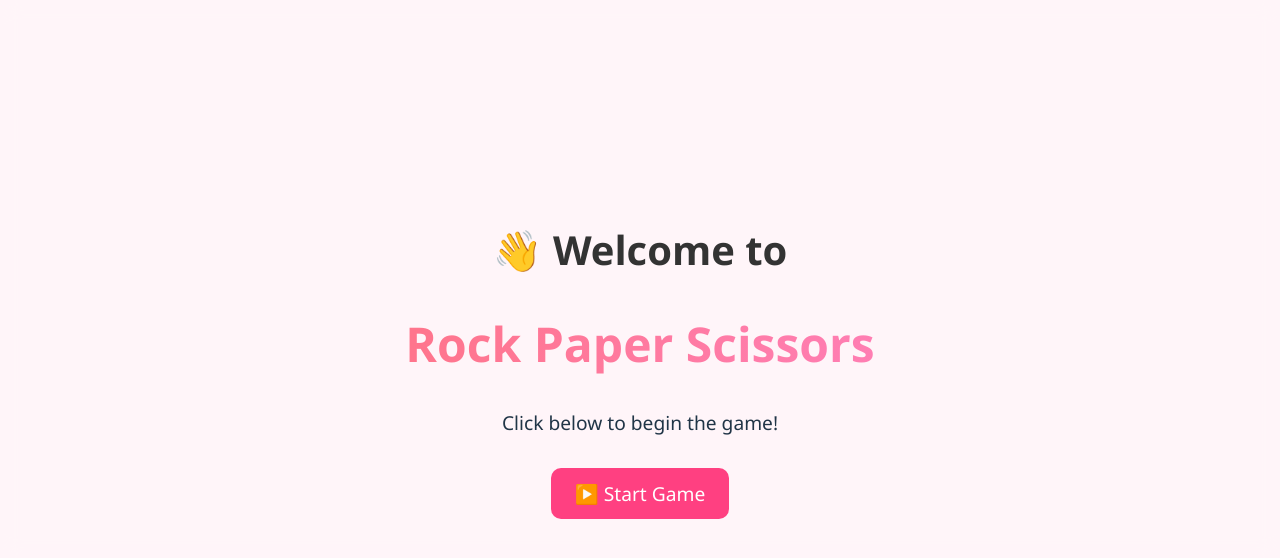
Repository: SECE-2023-2027/weekend-make-a-rock-paper-scissors-game-Harshi0916
Page: / (app in rock_paper_scissor/)
These files come from the project's save history. The page is drawn as it stood at one moment and after the next save; the edit follows.
The browser window is 1280 px wide. The pictures show the whole page.
The project was rebuilt for these pictures with package versions that can differ from the ones it lists, and the page was loaded fresh each time. Also part of the build but not shown: rock_paper_scissor/vite.config.js.

Above is the page before, as saved 2025-07-06 16:38:03.

After the next save:
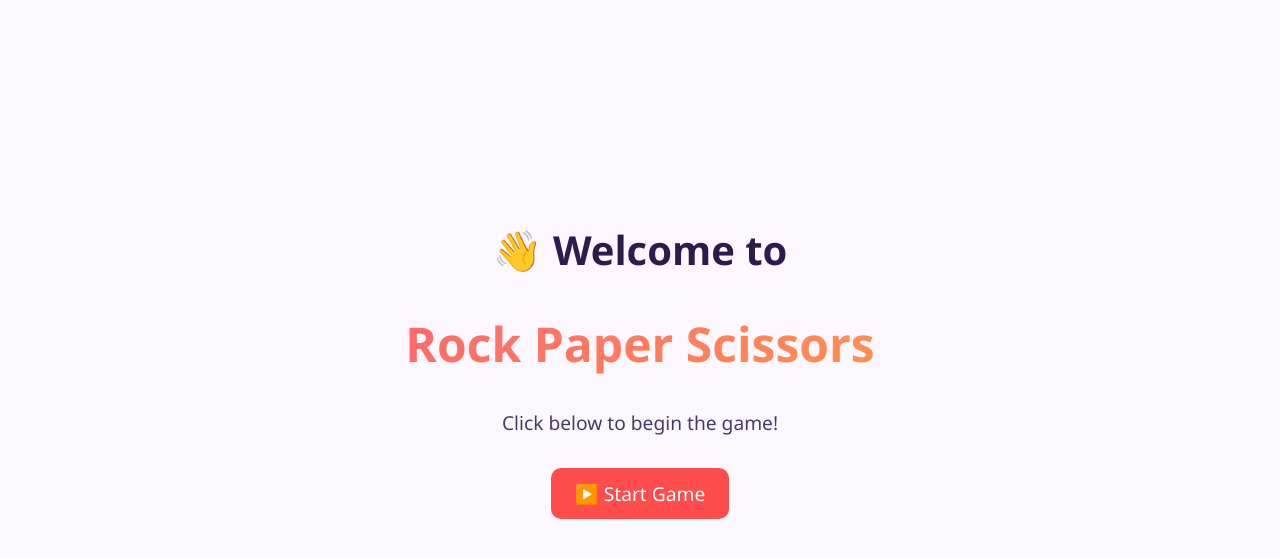
Saved 13 min 26 s later.
--- a/rock_paper_scissor/src/App.css
+++ b/rock_paper_scissor/src/App.css
@@ -1,3 +1,16 @@
+/* Define a consistent color palette using CSS variables */
+:root {
+  --primary-bg: #f8e7ff; /* Soft lavender background */
+  --accent-gradient: linear-gradient(90deg, #ff6b6b, #ff8e53); /* Vibrant coral to orange gradient */
+  --button-bg: #ff4d4d; /* Bright coral for buttons */
+  --button-hover: #e63939; /* Darker coral for hover */
+  --text-primary: #2d1b4e; /* Deep indigo for main text */
+  --text-secondary: #4a3a6b; /* Muted purple for secondary text */
+  --card-bg: rgba(255, 255, 255, 0.7); /* Semi-transparent white for cards */
+  --shadow-color: rgba(80, 50, 120, 0.3); /* Subtle purple shadow */
+  --highlight: #ffd700; /* Gold for emphasis (e.g., win state) */
+}
+
 /* Base Setup */
 html, body, #root {
   margin: 0;
@@ -6,7 +19,7 @@ html, body, #root {
   width: 100%;
   font-family: 'Segoe UI', sans-serif;
   overflow: hidden;
-  background-color: #ffe7f0;
+  background-color: var(--primary-bg); /* Updated to soft lavender */
   position: relative;
 }
 
@@ -35,7 +48,7 @@ html, body, #root {
   z-index: 5;
   height: 100vh;
   width: 100vw;
-  background: rgba(255, 255, 255, 0.6);
+  background: var(--card-bg); /* Semi-transparent white with blur */
   backdrop-filter: blur(10px);
   display: flex;
   flex-direction: column;
@@ -47,12 +60,12 @@ html, body, #root {
 
 .start-screen h1 {
   font-size: 2.5rem;
-  color: #333;
+  color: var(--text-primary); /* Deep indigo for better contrast */
 }
 
 .start-screen h2 {
   font-size: 3rem;
-  background: linear-gradient(90deg, #ff758c, #ff7eb3);
+  background: var(--accent-gradient); /* Updated gradient for vibrancy */
   -webkit-background-clip: text;
   -webkit-text-fill-color: transparent;
   margin: 10px 0;
@@ -60,22 +73,24 @@ html, body, #root {
 
 .start-screen p {
   font-size: 1.2rem;
+  color: var(--text-secondary); /* Muted purple for secondary text */
   margin-bottom: 30px;
 }
 
 .start-btn {
   font-size: 1.2rem;
   padding: 12px 24px;
-  background-color: #ff4081;
+  background-color: var(--button-bg); /* Bright coral button */
   color: white;
   border: none;
   border-radius: 10px;
   cursor: pointer;
-  transition: background 0.3s;
+  transition: background 0.3s, transform 0.2s;
 }
 
 .start-btn:hover {
-  background-color: #d91e65;
+  background-color: var(--button-hover); /* Darker coral on hover */
+  transform: scale(1.05); /* Subtle scale for interactivity */
 }
 
 /* Main Container */
@@ -96,7 +111,7 @@ html, body, #root {
 .title {
   font-size: 3rem;
   margin-bottom: 10px;
-  background: linear-gradient(45deg, #ff758c, #ff7eb3);
+  background: var(--accent-gradient); /* Consistent gradient with start screen */
   -webkit-background-clip: text;
   -webkit-text-fill-color: transparent;
 }
@@ -104,7 +119,7 @@ html, body, #root {
 .subtitle {
   font-size: 1.5rem;
   margin-bottom: 20px;
-  color: #333;
+  color: var(--text-secondary); /* Muted purple for subtitle */
 }
 
 .scoreboard {
@@ -113,7 +128,7 @@ html, body, #root {
   margin: 10px 0 30px;
   font-size: 1.2rem;
   font-weight: bold;
-  color: #444;
+  color: var(--text-primary); /* Deep indigo for scoreboard */
 }
 
 /* Choices */
@@ -127,25 +142,25 @@ html, body, #root {
 
 .choice-btn {
   font-size: 3.5rem;
-  background: #fff;
-  border: 2px solid #ff7eb3;
+  background: var(--card-bg); /* Semi-transparent white for buttons */
+  border: 2px solid #ff8e53; /* Orange border for consistency */
   border-radius: 20px;
   padding: 20px 30px;
   cursor: pointer;
   transition: all 0.2s ease;
-  box-shadow: 0 6px 20px rgba(255, 126, 179, 0.3);
+  box-shadow: 0 6px 20px var(--shadow-color); /* Updated shadow color */
 }
 
 .choice-btn:hover {
-  background-color: #fff0f5;
+  background-color: #fff3e6; /* Light peach on hover */
   transform: scale(1.1) rotate(-5deg);
 }
 
 /* Result Section */
 .result-section {
-  background: rgba(255, 255, 255, 0.35);
+  background: var(--card-bg); /* Consistent semi-transparent background */
   border-radius: 20px;
-  box-shadow: 0 8px 32px 0 rgba(31, 38, 135, 0.2);
+  box-shadow: 0 8px 32px var(--shadow-color); /* Updated shadow */
   backdrop-filter: blur(10px);
   padding: 40px;
   animation: fadeIn 0.5s ease-in;
@@ -155,7 +170,20 @@ html, body, #root {
 .result-text {
   font-size: 2.5rem;
   margin-bottom: 30px;
-  color: #ff4081;
+  color: var(--button-bg); /* Coral for result text */
+}
+
+/* Highlight win/lose/draw states */
+.result-text.win {
+  color: var(--highlight); /* Gold for win */
+}
+
+.result-text.lose {
+  color: #ff4040; /* Red for lose */
+}
+
+.result-text.draw {
+  color: #6b7280; /* Gray for draw */
 }
 
 .hands-display {
@@ -184,17 +212,18 @@ html, body, #root {
 
 .play-again {
   font-size: 1.2rem;
-  background-color: #ff4081;
+  background-color: var(--button-bg); /* Coral for play-again button */
   color: white;
   border: none;
   border-radius: 8px;
-  padding: 12px 25px;
+  padding: 12px 25missing
   cursor: pointer;
-  transition: background 0.3s ease;
+  transition: background 0.3s ease, transform 0.2s;
 }
 
 .play-again:hover {
-  background-color: #d91e65;
+  background-color: var(--button-hover); /* Darker coral on hover */
+  transform: scale(1.05);
 }
 
 /* Animations */
